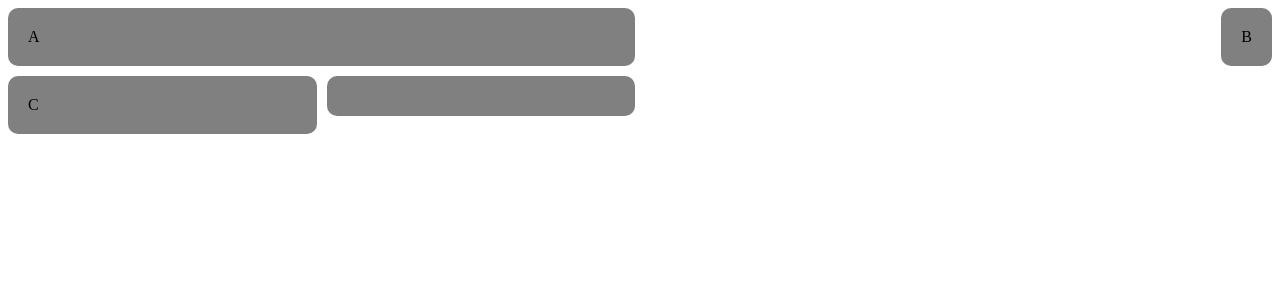
Repository: Yevhen94/nixhw
Page: fourth-lesson/index.html
The author's editor kept a copy of each file at every save. The page is drawn from the files as they stood at one save, then again after the next save.
The browser window is 1280 px wide. The pictures show the whole page.

Above is the page before, as saved 2022-02-08 15:58:42.

### fourth-lesson/index.html
<!DOCTYPE html>
<html lang="en">
  <head>
    <meta charset="UTF-8" />
    <meta http-equiv="X-UA-Compatible" content="IE=edge" />
    <meta name="viewport" content="width=device-width, initial-scale=1.0" />
    <link rel="stylesheet" href="./styles/index.css" />
    <title>Flex+Grid</title>
  </head>
  <body>
    <!-- <div class="first-ex">
      <div class="block block--yellow">
        <span>A</span>
      </div>
      <div class="block block--yellow">
        <span>B</span>
      </div>
      <div class="block block--yellow">
        <span>C</span>
      </div>
      <div class="block block--pink">
        <span>D</span>
      </div>
      <div class="block block--pink">
        <span>E</span>
      </div>
      <div class="block block--pink">
        <span>F</span>
      </div>
      <div class="block block--green">
        <span>G</span>
      </div>
      <div class="block block--green">
        <span>H</span>
      </div>
      <div class="block block--green">
        <span>I</span>
      </div>
      <div class="block block--blue">
        <span>J</span>
      </div>
      <div class="block block--blue">
        <span>K</span>
      </div>
      <div class="block block--blue">
        <span>L</span>
      </div>
    </div> -->
    <!-- <div class="second-ex">
      <div class="resp-block two-in-one">
        <span>A</span>
      </div>
      <div class="resp-block">
        <span>B</span>
      </div>
      <div class="resp-block">
        <span>C</span>
      </div>
      <div class="resp-block">
        <span>D</span>
      </div>
      <div class="resp-block">
        <span>E</span>
      </div>
      <div class="resp-block">
        <span>F</span>
      </div>
      <div class="resp-block four-in-one">
        <span>G</span>
      </div>
      <div class="resp-block">
        <span>H</span>
      </div>
      <div class="resp-block">
        <span>I</span>
      </div>
      <div class="resp-block">
        <span>J</span>
      </div>
      <div class="resp-block three-in-one">
        <span>K</span>
      </div>
      <div class="resp-block">
        <span>L</span>
      </div>
      <div class="resp-block">
        <span>M</span>
      </div>
    </div> -->
    <div class="third-ex">
      <div class="item">
        <span>A</span>
      </div>
      <div class="item">
        <span>B</span>
      </div>
      <div class="item two-row-item">
        <span>C</span>
      </div>
      <div class="item subgrid">
        <div class="subitem subitem-first"></div>
        <div class="subitem"></div>
        <div class="subitem"></div>
      </div>
    </div>
  </body>
</html>

### fourth-lesson/styles/index.css
.first-ex {
  grid-template-columns: repeat(3, 1fr);
  display: grid;
  gap: 10px;
}

.block {
  justify-content: center;
  align-items: center;
  min-height: 150px;
  font-weight: bold;
  min-width: 150px;
  font-size: 30px;
  display: flex;
}

.block--yellow {
  background-color: yellow;
  justify-self: end;
}

.block--pink {
  background-color: pink;
  justify-self: start;
}

.block--green {
  background-color: lightgreen;
  justify-self: center;
}

.block--blue {
  background-color: lightblue;
}

.second-ex {
  grid-template-columns: repeat(auto-fill, minmax(200px, 1fr));
  display: grid;
  gap: 10px;
}

.resp-block {
  background-color: lightgrey;
  justify-content: center;
  align-items: center;
  border-radius: 20px;
  font-weight: bold;
  font-size: 30px;
  padding: 20px;
  display: flex;
}

.two-in-one {
  grid-column: 1 / span 2;
}

.four-in-one {
  grid-column-end: span 2;
  grid-row-end: span 2;
}

.three-in-one {
  grid-column-end: span 3;
}

.third-ex {
  grid-template-columns: repeat(4, 1fr);
  display: grid;
  gap: 10px;
}

.item {
  background-color: grey;
  border-radius: 10px;
  padding: 20px;
}

.item:nth-child(1) {
  grid-column-end: span 2;
}

.item:nth-child(2) {
  grid-column-end: span 2;
  justify-self: end;
}

.item:nth-child(3) {
  grid-column-end: span 1;
}

.two-row-item {
  grid-row-end: span 2;
  grid-column-end: span 0.7;
}

.subgrid {
  grid-template-columns: subgrid;
  grid-template-rows: subgrid;
  display: grid;
}

.subitem {
  background-color: lightgray;
  border-radius: 10px;
}

.subitem-first {
  grid-row: 1 / span 2;
  grid-column: 1;
}

After the next save:
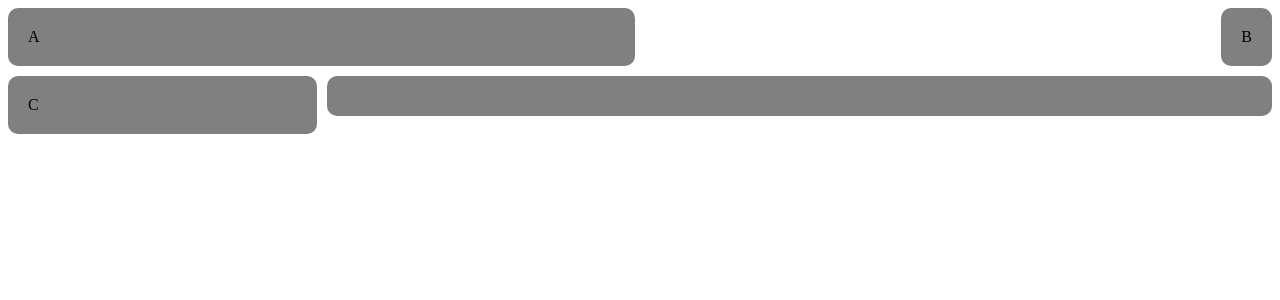
Saved 14 s later.
--- a/fourth-lesson/styles/index.css
+++ b/fourth-lesson/styles/index.css
@@ -88,6 +88,10 @@
   grid-column-end: span 1;
 }
 
+.item:nth-child(4) {
+  grid-column-end: span 3;
+}
+
 .two-row-item {
   grid-row-end: span 2;
   grid-column-end: span 0.7;
